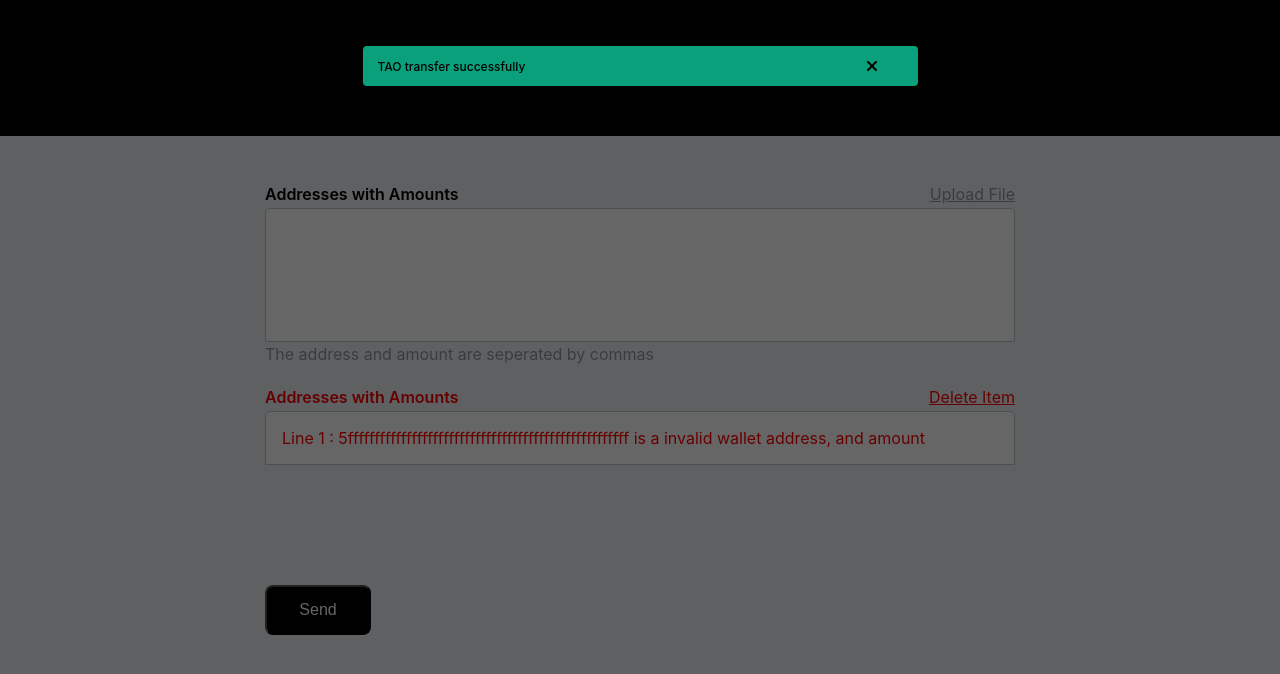
Repository: Dawid-Ace/batch_transfer_tao_master_ui
Page: /
The author's editor kept a copy of each file at every save. The page is drawn from the files as they stood at one save, then again after the next save.
The browser window is 1280 px wide. The pictures show the whole page.
The project was rebuilt for these pictures with package versions that can differ from the ones it lists, and the page was loaded fresh each time.

Above is the page before, as saved 2023-05-10 05:16:32.

### src/App.js
import './App.css';
import { TransferForm } from './components/TransferForm';

function App() {
  return (
    <div className="app-container">
      <div className="header-container">
        Batch Transfer For Bittensor
      </div>

      <div className="main-container">
        <TransferForm />
      </div>
    </div>
  );
}

export default App;

### src/App.css
.app-container {
	display: flex;
	flex-direction: column;
	position: relative;
	width: 100%;
	height: 100vh;
}

.header-container {
	display: flex;
	justify-content: center;
	align-items: center;
	padding-top: 46px;
	padding-bottom: 46px;
	background-color: black;
	font-size: 36px;
	color: white;
	font-weight: 700;
}

.main-container {
	display: flex;
	justify-content: center;
	padding-top: 46px;
	background-color: rgb(238, 242, 247);
	height: 100%;
}

### src/components/TransferForm/index.jsx
import React, { useEffect, useState } from "react";
import styled from 'styled-components';
export const TransferForm = () => {
  /*
  const fetchUserBalance = async address => {
    const res = await api.query.system.account(address);
    if (res.isEmpty) return 0;
    const { data } = res.toJSON();
    return data.free / UNIT;
  };

  const fetchAndSetUserBalance = async () => {
    const _balance = await fetchUserBalance(currentAccount.address);
    setBalance(_balance);
  };

  const getFromAccount = async () => {
    const {
      address,
      meta: { source, isInjected }
    } = currentAccount;

    if (!isInjected) {
      return [currentAccount];
    }

    // currentAccount is injected from polkadot-JS extension, need to return the addr and signer object.
    // ref: https://polkadot.js.org/docs/extension/cookbook#sign-and-send-a-transaction
    const injector = await web3FromSource(source);
    return [address, { signer: injector.signer }];
  };

  const txResHandler = ({ status }) => {
    setTxStatus({
      visible: true,
      ...(status.isFinalized
        ? { type: 'success', message: 'Success' }
        : { type: 'info', message: `Current transaction status: ${status.type}` })
    });
    if (status.isFinalized) fetchInfo();
  };

  const txErrHandler = err => {
    setTxStatus({ visible: true, type: 'error', message: `😞 Transaction Failed: ${err.toString()}` });
  };

  const submitTx = async tx => {
    setPending(true);
    const fromAccount = await getFromAccount();
    tx.signAndSend(...fromAccount, txResHandler)
      .catch(txErrHandler)
      .finally(() => setPending(false));
  };

  const onUnstake = () => {
    submitTx(api.tx.subtensorModule.removeStake(HOTKEY, Math.floor(amount * UNIT)));
  };
  */

  const [inputMode, setInputMode] = useState('input');
  const isInputMode = inputMode === 'input';
  const [isSuccess, setSuccess] = useState(true);

  const FlexWrapper = styled.div`
    display: flex;
    justify-content: space-between;
    items-align: center;
  `

  const Label = styled.p`
    font-weight: 600;
    font-size: 16px;
    line-height: 160%;
    margin: 0px;
  `;

  const Switch = styled.p`
    color: ${(props) => props.color || '#899A9A'};
    font-size: 16px;
    font-weight: 400;
    line-height: 160%;
    text-decoration: underline;
    margin: 0px;
    cursor: pointer;
  `

  const FormWrapper = styled.form`
    max-width: 750px;
    min-width: 750px;
    display: flex;
    flex-direction: column;
    flex-grow: 1;
    position: relative;
  `;

  const FormInput = styled.div`
    border: solid 1px #B8C9C9;
    border-top-left-radius: 5px;
    border-top-right-radius: 5px;
    padding: 16px;
    background-color: white;
    min-height: 100px;
  `

  const DragAndDrop = styled.div`
    display: flex;
    flex-direction: column;
    justify-content: center;
    align-items: center;
    gap: 17px;


    cursor: pointer;
    border: solid 1px #B8C9C9;
    border-top-left-radius: 5px;
    border-top-right-radius: 5px;
    padding: 20px;
    background-color: white;
    min-height: 100px;
  `

  const Comment = styled.div`
    color: #899A9A;
    font-weight: 400;
    font-size: 16px;
    line-height: 160%;
  `
  const SendButton = styled.button`
    width: 106px;
    height: 50px;
    background: #000000;
    border-radius: 8px;
    font-weight: 400;
    font-size: 16px;
    line-height: 160%;
    color: white;
    margin-top: 120px;
  `

  const ResultWrapper = styled.div`
    display: flex;
    flex-direction: column;
    color: ${(props) => props.color};
    border-color: red;
    margin-top: 18px;
 `

  const ResultListItem = styled.div`
    border: solid 1px #B8C9C9;
    border-top-left-radius: 5px;
    border-top-right-radius: 5px;
    padding: 16px;
    background-color: white;
  `

  const TransferSuccess = styled.div`
    display: flex;
    justify-content: space-between;
    align-items: center;
    font-weight: 500;
    font-size: 12px;

    z-index: 10;

    padding-left:15px;
    padding-right: 40px;

    position: absolute;
    width: 500px;
    height: 40px;
    top: 46px;

    background: #0AA07B;
    border-radius: 4px;

    margin: 0px;
  `

  const BlurRect = styled.div`
    width: 100%;
    height: 100vh;
    position: fixed;
    left: 0px;
    top: 0px;
    background: rgba(0, 0, 0, 0.6);
    z-index: 10;
  `

  const sendForm =
    (<FormWrapper>
      <FlexWrapper>
        <Label> Addresses with Amounts </Label>

        <Switch onClick={() =>
          setInputMode(prev => prev === 'input' ? 'upload' : 'input')
        }>
          {isInputMode ? 'Upload File' : 'Insert Manually'}
        </Switch>
      </FlexWrapper>

      {
        isInputMode ?
          <FormInput contentEditable placeholder="Insert address and amount, seperate with comma" />
          :
          <DragAndDrop>
            <svg width="18" height="20" viewBox="0 0 18 20" fill="none" xmlns="http://www.w3.org/2000/svg">
              <path d="M1 18H17C17.2652 18 17.5196 18.1054 17.7071 18.2929C17.8946 18.4804 18 18.7348 18 19C18 19.2652 17.8946 19.5196 17.7071 19.7071C17.5196 19.8946 17.2652 20 17 20H1C0.734784 20 0.48043 19.8946 0.292893 19.7071C0.105357 19.5196 0 19.2652 0 19C0 18.7348 0.105357 18.4804 0.292893 18.2929C0.48043 18.1054 0.734784 18 1 18ZM10 15V3.414L12.293 5.707C12.4816 5.88915 12.7342 5.98995 12.9964 5.98767C13.2586 5.98539 13.5094 5.88022 13.6948 5.69482C13.8802 5.50941 13.9854 5.2586 13.9877 4.9964C13.99 4.7342 13.8892 4.4816 13.707 4.293L9.707 0.292997C9.6139 0.200353 9.50347 0.126956 9.382 0.0769973C9.26106 0.0261718 9.13119 -7.62939e-06 9 -7.62939e-06C8.86881 -7.62939e-06 8.73894 0.0261718 8.618 0.0769973C8.49653 0.126956 8.3861 0.200353 8.293 0.292997L4.293 4.293C4.19749 4.38524 4.12131 4.49559 4.0689 4.61759C4.01649 4.7396 3.9889 4.87082 3.98775 5.0036C3.9866 5.13638 4.0119 5.26805 4.06218 5.39095C4.11246 5.51385 4.18671 5.6255 4.2806 5.71939C4.3745 5.81329 4.48615 5.88754 4.60905 5.93782C4.73194 5.9881 4.86362 6.0134 4.9964 6.01225C5.12918 6.01109 5.2604 5.98351 5.3824 5.9311C5.50441 5.87869 5.61475 5.80251 5.707 5.707L8 3.414V15C8 15.2652 8.10536 15.5196 8.29289 15.7071C8.48043 15.8946 8.73478 16 9 16C9.26522 16 9.51957 15.8946 9.70711 15.7071C9.89464 15.5196 10 15.2652 10 15Z" fill="#899A9A" />
            </svg>
            <Comment>
              Drop your files or click to upload
            </Comment>
          </DragAndDrop>
      }

      <Comment>
        {isInputMode ? 'The address and amount are seperated by commas' : 'Accepted CSV/Excel/Txt'}
      </Comment>

      <ResultWrapper color='red'>
        <FlexWrapper>
          <Label> Addresses with Amounts </Label>
          <Switch color={'red'}>
            Delete Item
          </Switch>
        </FlexWrapper>

        <ResultListItem>
          Line 1 : 5fffffffffffffffffffffffffffffffffffffffffffffffffffff is a invalid wallet address, and amount
        </ResultListItem>
      </ResultWrapper>

      <SendButton>
        Send
      </SendButton>
    </FormWrapper>
    )

  const transferSuccess = (
    <TransferSuccess>
      TAO transfer successfully
      <svg width="12" height="12" viewBox="0 0 12 12" fill="none" xmlns="http://www.w3.org/2000/svg" style={{ cursor: "pointer" }}>
        <path d="M10.7071 2.70699L7.41408 5.99999L10.7071 9.29299C10.8026 9.38524 10.8788 9.49558 10.9312 9.61759C10.9836 9.73959 11.0112 9.87081 11.0123 10.0036C11.0135 10.1364 10.9882 10.268 10.9379 10.3909C10.8876 10.5138 10.8134 10.6255 10.7195 10.7194C10.6256 10.8133 10.5139 10.8875 10.391 10.9378C10.2681 10.9881 10.1365 11.0134 10.0037 11.0122C9.8709 11.0111 9.73968 10.9835 9.61768 10.9311C9.49567 10.8787 9.38533 10.8025 9.29308 10.707L6.00008 7.41399L2.70708 10.707C2.61483 10.8025 2.50449 10.8787 2.38249 10.9311C2.26048 10.9835 2.12926 11.0111 1.99648 11.0122C1.8637 11.0134 1.73202 10.9881 1.60913 10.9378C1.48623 10.8875 1.37458 10.8133 1.28069 10.7194C1.18679 10.6255 1.11254 10.5138 1.06226 10.3909C1.01198 10.268 0.986677 10.1364 0.987831 10.0036C0.988985 9.87081 1.01657 9.73959 1.06898 9.61759C1.12139 9.49558 1.19757 9.38524 1.29308 9.29299L4.58608 5.99999L1.29308 2.70699C1.19757 2.61474 1.12139 2.5044 1.06898 2.38239C1.01657 2.26039 0.988985 2.12917 0.987831 1.99639C0.986677 1.86361 1.01198 1.73193 1.06226 1.60904C1.11254 1.48614 1.18679 1.37449 1.28069 1.28059C1.37458 1.1867 1.48623 1.11245 1.60913 1.06217C1.73202 1.01189 1.8637 0.986585 1.99648 0.987739C2.12926 0.988893 2.26048 1.01648 2.38249 1.06889C2.50449 1.1213 2.61483 1.19748 2.70708 1.29299L6.00008 4.58599L9.29308 1.29299C9.38533 1.19748 9.49567 1.1213 9.61768 1.06889C9.73968 1.01648 9.8709 0.988893 10.0037 0.987739C10.1365 0.986585 10.2681 1.01189 10.391 1.06217C10.5139 1.11245 10.6256 1.1867 10.7195 1.28059C10.8134 1.37449 10.8876 1.48614 10.9379 1.60904C10.9882 1.73193 11.0135 1.86361 11.0123 1.99639C11.0112 2.12917 10.9836 2.26039 10.9312 2.38239C10.8788 2.5044 10.8026 2.61474 10.7071 2.70699Z" fill="black" />
      </svg>

    </TransferSuccess>
  )

  return (
    isSuccess ? (
      <>
        <BlurRect />
        {transferSuccess}
        {sendForm}
      </>
    )
      :
      sendForm
  )
}

Loaded but not shown: public/index.html (common file); src/index.js (common file); src/index.css (common file); src/reportWebVitals.js (common file)

After the next save:
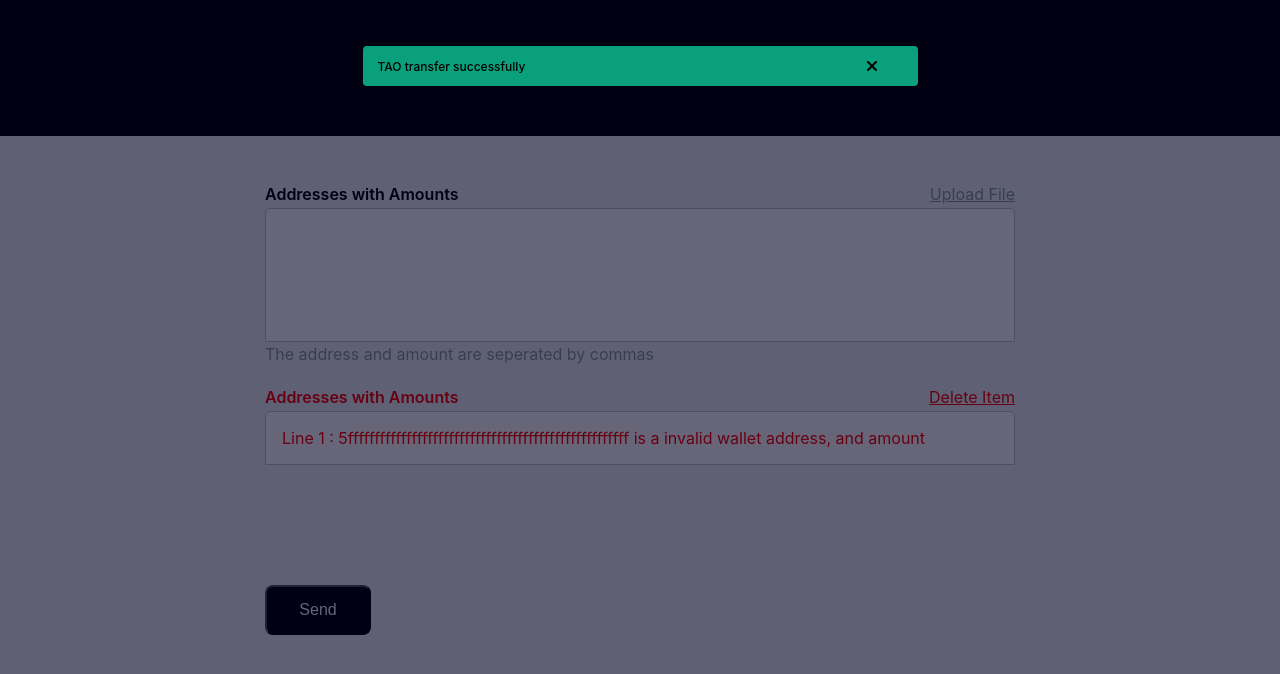
Saved 2 min 15 s later.
--- a/src/components/TransferForm/index.jsx
+++ b/src/components/TransferForm/index.jsx
@@ -182,7 +182,7 @@
     position: fixed;
     left: 0px;
     top: 0px;
-    background: rgba(0, 0, 0, 0.6);
+    background: rgba(0, 0, 30, 0.6);
     z-index: 10;
   `
 
